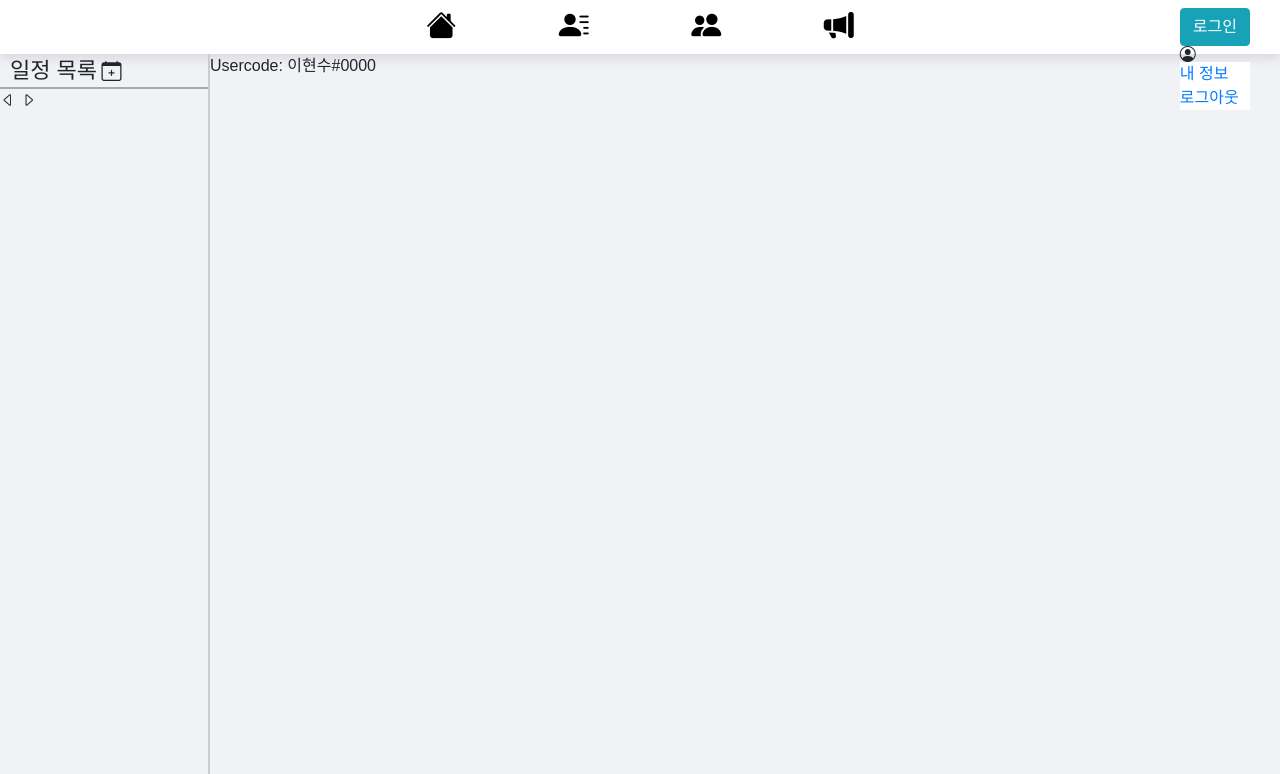
Repository: Hyeon330/Full_stack-code
Page: http://localhost/miniProject/
The author's editor kept a copy of each file at every save. The page is drawn from the files as they stood at one save, then again after the next save.
The browser window is 1280 px wide. The pictures show the whole page.
Some web fonts or font styles are not loaded; a fallback is used. The page is served by Tomcat 9. Other server files are loaded and not shown.

Above is the page before, as saved 2022-03-20 09:09:13.

### 주요과제/Spring/miniProject/src/main/webapp/WEB-INF/views/home.jsp
<%@ page language="java" contentType="text/html; charset=utf-8" pageEncoding="utf-8"%>
<style>
#sidebar{
	height: 100%;
	width: 210px;
	border-right: 2px solid #ccc;
	overflow: hidden;
}
#sideTitle{
	padding: 0 10px;
	border-bottom: 2px solid #aaa;
}
#sideTitle > span:first-child {
	font-size: 22px;
}
#sideTitle > span:last-child {
	cursor: pointer;
	font-size: 20px;
}
</style>
<script type="text/javascript">
$(function(){
	// 다이얼로그 오픈
    $('#dialogOpen').click(function() {
        $('#dialog').dialog('open');
    });

    // 다이얼로그값 전체 리셋 함수
    const dialogReset = () => {
        $("#event-title").val('');
        $("#start-date").val('');
        $("#end-date").val('');
        $('#repet').each(function() {
            $(this).find('option:first').attr('selected',true);
        });
        $('#public').prop('checked', false);
        $('#event-color').val('#3788D8');
        $("#place").val('');
        $("#memo").val('');
    };

    // 다이얼로그 세팅
    $('#dialog').dialog({
        autoOpen: false, // 실행시 자동열림
        modal: true,
        buttons: {
            등록: function(){
                // ajax 처리
                dialogReset();
                $("#dialog").dialog('close');
            },
            초기화: dialogReset,
            취소: function(){
                dialogReset();
                $("#dialog").dialog('close');
            }
        }
    });

    // DatePicker 세팅
    $('#start-date, #end-date').datepicker({
        dateFormat: 'yy-mm-dd',
        monthNames: ['1월', '2월', '3월', '4월', '5월', '6월', '7월', '8월', '9월', '10월', '11월', '12월'],
        monthNamesShort: ['1월', '2월', '3월', '4월', '5월', '6월', '7월', '8월', '9월', '10월', '11월', '12월'],
        dayNames: ['일', '월', '화', '수', '목', '금', '토'],
        dayNamesMin: ['일', '월', '화', '수', '목', '금', '토'],
        showMonthAfterYear: true,
        yearSuffix: '년'
    });
});
</script>
<div id="sidebar">
    <div id="sideTitle">
        <span>일정 목록</span>
        <span>
        <i class="bi bi-calendar-plus"></i>
        </span>
    </div>
    <div id="sideMonth">
        <i class="bi bi-caret-left" onclick="prevMonth()"></i>
        <span></span>
        <i class="bi bi-caret-right" onclick="nextMonth()"></i>
    </div>
    <div id="sideMain">
        <div id="listbox">
        </div>
    </div>
</div>
<!-- 다이얼로그 창 -->
<div id="dialog" title="일정 등록">
    <ul>
        <li><input type="text" id="event-title" name="event-title"  placeholder="제목"></li>
        <li><input type="text" id="start-date" name="start-date" placeholder="시작날짜(년-월-일)"></li>
        <li><input type="text" id="end-date" name="end-date" placeholder="종료날짜(년-월-일)"></li>
        <li>
            <select name="repet" id="repet">
                <option value="N">반복안함</option>
                <option value="D">매일반복</option>
                <option value="W">매주반복</option>
                <option value="M">매달반복</option>
                <option value="Y">매년반복</option>
            </select>
        </li>
        <li><label for="public">Public</label><input type="checkbox" id="public" name="public"></li>
        <li><label for="event-color">이벤트 색상</label><input type="color" id="event-color" name="event-color" value="#3788D8"></li>
        <li><input type="text" id="place" name="place" placeholder="장소"></li>
        <li><input type="text" id="memo" name="memo" placeholder="메모"></li>
    </ul>
</div>

### 주요과제/Spring/miniProject/src/main/webapp/inc/top.jspf
<%@ page language="java" contentType="text/html; charset=utf-8" pageEncoding="utf-8"%>
<%@ taglib uri="http://java.sun.com/jsp/jstl/core" prefix="c" %>
<c:set var="url" value="<%=request.getContextPath() %>"/>
<html>
<head>
<meta charset="UTF-8">
<title>Insert title here</title>
	<!-- 부트스트랩4, 부트스트랩 icon CSS -->
	<link rel="stylesheet" href="https://cdn.jsdelivr.net/npm/bootstrap-icons@1.8.1/font/bootstrap-icons.css">
    <link rel="stylesheet" href="https://cdn.jsdelivr.net/npm/bootstrap@4.6.1/dist/css/bootstrap.min.css" integrity="sha384-zCbKRCUGaJDkqS1kPbPd7TveP5iyJE0EjAuZQTgFLD2ylzuqKfdKlfG/eSrtxUkn" crossorigin="anonymous">

    <!-- jquery, 플러그인 CDN -->
    <link rel="stylesheet" href="${url}/jquery-ui/jquery-ui.min.css">
    <script src="https://ajax.googleapis.com/ajax/libs/jquery/3.6.0/jquery.min.js"></script>
    <script src="${url}/jquery-ui/jquery-ui.min.js"></script>

    <!-- 부트스트랩4 JS -->
    <script src="https://cdn.jsdelivr.net/npm/bootstrap@4.6.1/dist/js/bootstrap.bundle.min.js" integrity="sha384-fQybjgWLrvvRgtW6bFlB7jaZrFsaBXjsOMm/tB9LTS58ONXgqbR9W8oWht/amnpF" crossorigin="anonymous"></script>

    <!-- 풀캘린더 API -->
	<link href='${url}/fullcalendar/main.css' rel='stylesheet' />
    <script src='${url}/fullcalendar/main.js'></script>

    <link rel="stylesheet" href="${url}/css/base.css" type="text/css">
    <link rel="stylesheet" href="${url}/css/header.css" type="text/css">

</head>
<body>
<div id="header">
	<div id="icons">
	    <a href="index.html" class="disableLink"><i class="bi bi-house-fill" title="Home"></i></a>
	    <a href="friends.html"><i class="bi bi-person-lines-fill" title="Friends"></i></a>
	    <a href="#"><i class="bi bi-people-fill" title="Group"></i></a>
	    <a href="#"><i class="bi bi-megaphone-fill" title="Announcement"></i></a>
	</div>
    <div id="info">
        <a id="login-btn" href="${url}/login" type="button" class="btn btn-info">로그인</a>
        <div>
            <div id="userinfo">
                <i class="bi bi-person-circle"></i>
            </div>
        </div>
        <div id="info_menu">
            <ul>
                <a href="#"><li>내 정보</li></a>
                <a href="#"><li>로그아웃</li></a>
            </ul>
        </div>
    </div>
</div>
<div id="main">

### 주요과제/Spring/miniProject/src/main/webapp/inc/main.jspf
<%@ page language="java" contentType="text/html; charset=utf-8" pageEncoding="utf-8"%>
<%@ taglib uri="http://java.sun.com/jsp/jstl/core" prefix="c" %>
<div id="contentsBack">
	<div id=contents>
		<div id='usercode'>Usercode: 이현수#0000</div>
		<div id='calendar'></div>
		<!-- <script src="js/myCalendar.js"></script> -->
	</div>
</div>
</div>
</body>
</html>

### 주요과제/Spring/miniProject/src/main/webapp/css/base.css
@charset "UTF-8";
@import url('https://fonts.googleapis.com/css2?family=Do+Hyeon&display=swap');
body, div, p, ul, li {
	margin: 0;
	padding: 0;
}
ul, li{
	list-style-type: none;
}
ul {
	background: #fff;
}
body {
	background-color: #f0f2f5;
	font-family: 'Do Hyeon', sans-serif;
}
#main > div{
	float: left;
}

### 주요과제/Spring/miniProject/src/main/webapp/css/header.css
@charset "UTF-8";
#header {
	background-color: #fff;
	height: 54px;
	box-shadow: 0px 5px 10px rgba(0,0,0,0.1);
}
#icons{
	display: flex;
	justify-content: space-around;
	width: 530px;
	height: 54px;
	margin: 0 auto;
}
#icons > *{
	font-size: 30px;
	margin-top: 10px;
}
#icons a, #icons a:link, #icons a:visited{
	color: black;
}
#icons a:hover{
	color: #888;
	text-decoration: none;
}
#info {
	position: absolute;
	top: 8px;
	right: 30px;
}

Loaded but not shown: 주요과제/Spring/miniProject/src/main/webapp/jquery-ui/jquery-ui.min.css (library); 주요과제/Spring/miniProject/src/main/webapp/jquery-ui/jquery-ui.min.js (library); 주요과제/Spring/miniProject/src/main/webapp/fullcalendar/main.js (library); 주요과제/Spring/miniProject/src/main/webapp/fullcalendar/main.css (1494 lines, source omitted)

After the next save:
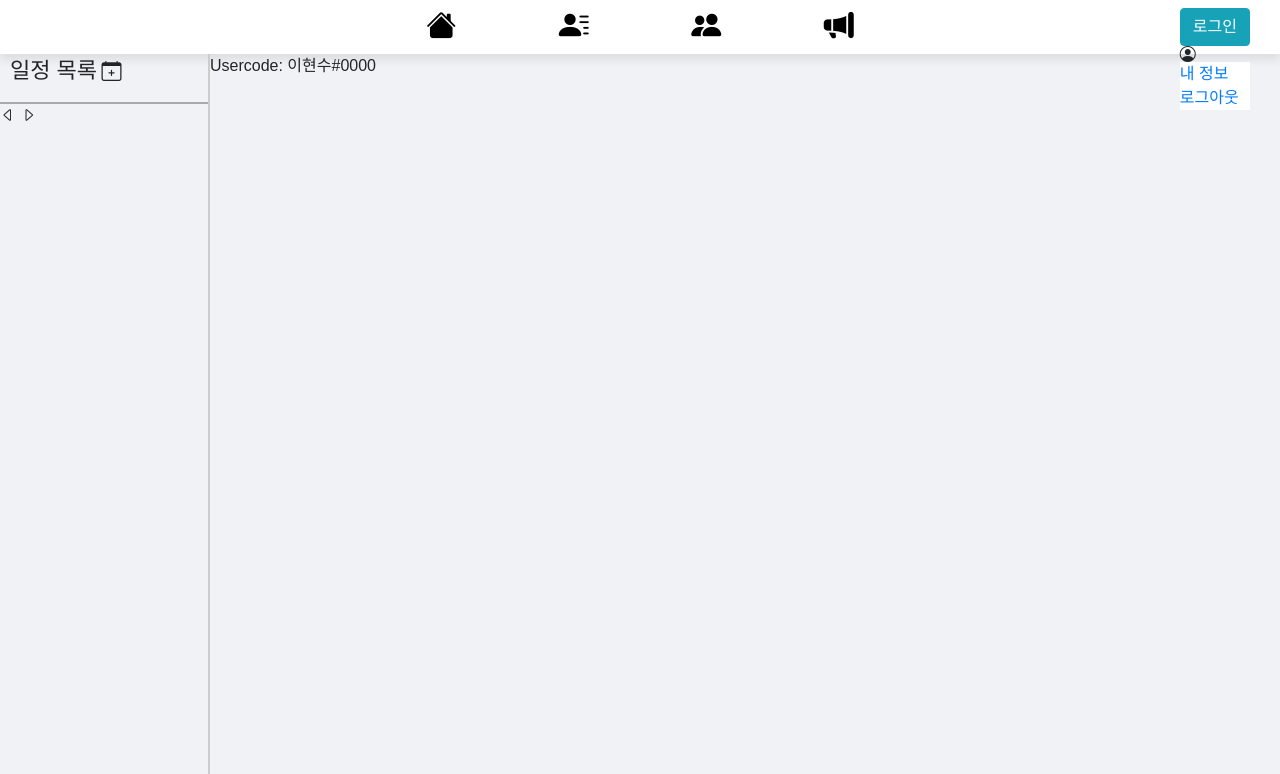
Saved 29 s later.
--- a/주요과제/Spring/miniProject/src/main/webapp/WEB-INF/views/home.jsp
+++ b/주요과제/Spring/miniProject/src/main/webapp/WEB-INF/views/home.jsp
@@ -9,6 +9,7 @@
 #sideTitle{
 	padding: 0 10px;
 	border-bottom: 2px solid #aaa;
+	height: 50px;
 }
 #sideTitle > span:first-child {
 	font-size: 22px;
@@ -72,7 +73,7 @@ $(function(){
 <div id="sidebar">
     <div id="sideTitle">
         <span>일정 목록</span>
-        <span>
+        <span id="dialogOpen">
         <i class="bi bi-calendar-plus"></i>
         </span>
     </div>
